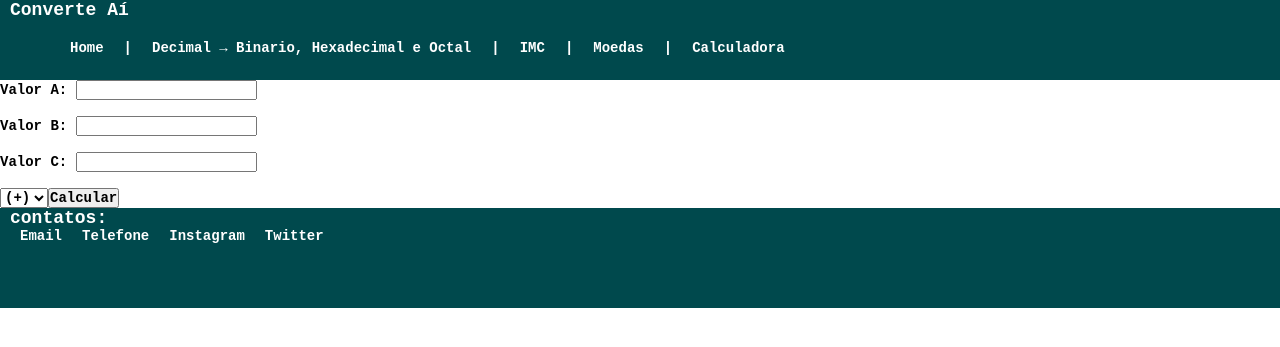
Repository: Frav1u/converteai
Page: ConverteAi/src/main/webapp/WEB-INF/calculadora.html
The author's editor kept a copy of each file at every save. The page is drawn from the files as they stood at one save, then again after the next save.
The browser window is 1280 px wide. The pictures show the whole page.
Some web fonts or font styles are not loaded; a fallback is used.

Above is the page before, as saved 2023-09-30 22:23:03.

After the next save:
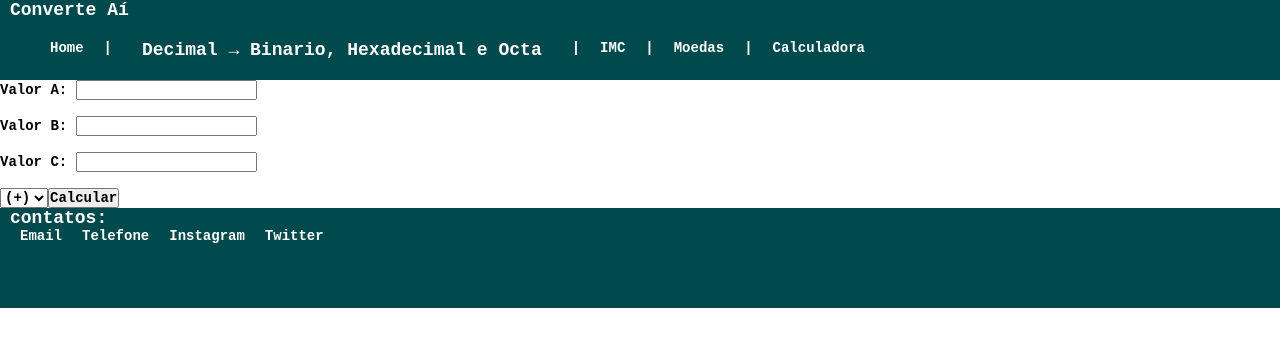
Saved 81 s later.
--- a/ConverteAi/src/main/webapp/WEB-INF/calculadora.html
+++ b/ConverteAi/src/main/webapp/WEB-INF/calculadora.html
@@ -8,21 +8,23 @@
     <link rel="stylesheet" href="style.css">
 </head>
 <body>
-	<header>
+		<header>
 		<a>Converte Aí</a>
 		<nav>
 			<ul class="menu">
-				<li>Home</li>
+				<l>Home</l>
 				<li>  |  </li>
-				<li>Decimal → Binario, Hexadecimal e Octal</li>
+				<li><a href="decimalParaBinario.html">Decimal → Binario, Hexadecimal e Octa</a></li>
 				<li>  |  </li>
 				<li>IMC</li>
 				<li>  |  </li>
 				<li>Moedas</li>
 				<li>  |  </li>
 				<li>Calculadora</li>
+			</ul>
 		</nav>
 	</header>
+
 	<form action= "Resultado.jsp" method = "get">
 
 		<label>Valor A: </label>
